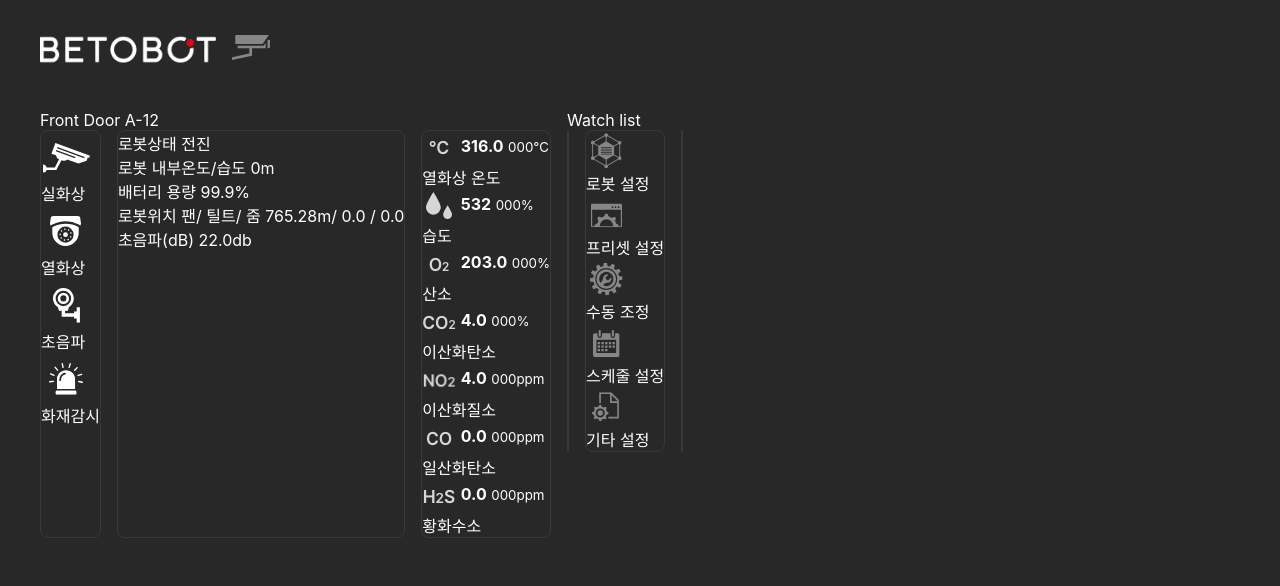
Repository: jang0ha/betobot
Page: content/main/main.html
These files come from the project's save history. The page is drawn as it stood at one moment and after the next save; the edit follows.
The browser window is 1280 px wide. The pictures show the whole page.
Some web fonts or font styles are not loaded; a fallback is used. The style sheet was rebuilt from its Sass, Less or Tailwind sources for each picture, by a compiler version that may differ from the author's.

Above is the page before, as saved 2022-07-12 17:01:23.

### content/main/main.html
<!DOCTYPE html>
<html lang="en">

<head>
    <meta charset="UTF-8">
    <meta http-equiv="X-UA-Compatible" content="IE=edge">
    <meta name="viewport" content="width=device-width, initial-scale=1.0">
    <meta name="viewport" content="width=device-width, user-scalable=no, initial-scale=1.0">
    <meta name="format-detection" content="telephone=no">
    <title>BETOBOT</title>

    <!-- 스타일 css -->
    <link rel="stylesheet" href="/resources/css/style.css">



    <!-- 제이쿼리 js -->
    <script src="/resources/js/jquery/jquery.min.js"></script>
    <script src="/resources/lib/jquery-ui/jquery-ui.min.js"></script>

    <!-- gsap -->
    <script src="/resources/lib/gsap/gsap.min.js"></script>
</head>
<body id="main">
    <div id="wrap">
        <!-- 헤더 -->
        <div id="header-block">
            <header>
                <div class="container">
                    <div class="header-wrap">
                        <a href="/content/main/main.html" class="logo-wrap">
                            <img src="../../resources/images/icon-logo.png" alt="BETOBOT 로고 이미지" class="logo">
                            <img src="../../resources/images/icon-camera.svg" alt="로고 카메라 이미지" class="logo-camera">
                        </a>
                    </div>
                </div>
            </header>
        </div>

        <!-- 컨텐츠 -->
        <div id="content-block">
            <main id="content" role="main">
                <div class="container">
                    <div class="row-wrap">
                        <div class="left-container">
                            <div class="title">Front Door A-12</div>
                            <div class="row-wrap">
                                <div class="front-list-wrap card">
                                    <ul>
                                        <li>
                                            <a href="javascript:'';">
                                                <i class="icon-front-camera"></i>
                                                <p>실화상</p>
                                            </a>
                                        </li>
                                        <li>
                                            <a href="javascript:'';">
                                                <i class="icon-front-temper"></i>
                                                <p>열화상</p>
                                            </a>
                                        </li>
                                        <li>
                                            <a href="javascript:'';">
                                                <i class="icon-front-wave"></i>
                                                <p>초음파</p>
                                            </a>
                                        </li>
                                        <li>
                                            <a href="javascript:'';">
                                                <i class="icon-front-fire"></i>
                                                <p>화재감시</p>
                                            </a>
                                        </li>
                                    </ul>
                                </div>

                                <div class="robot-information-wrap card">
                                    <ul>
                                        <li>
                                            <span class="index">로봇상태</span>
                                            <span class="index-information">전진</span>
                                        </li>
                                        <li>
                                            <span class="index">로봇 내부온도/습도</span>
                                            <span class="index-information">0m</span>
                                        </li>
                                        <li>
                                            <span class="index">배터리 용량</span>
                                            <span class="index-information">99.9%</span>
                                        </li>
                                        <li>
                                            <span class="index">로봇위치 팬/ 틸트/ 줌</span>
                                            <span class="index-information">765.28m/ 0.0 / 0.0</span>
                                        </li>
                                        <li>
                                            <span class="index">초음파(dB)</span>
                                            <span class="index-information">22.0db</span>
                                        </li>
                                    </ul>
                                </div>

                                <div class="sensor-information-wrap card">
                                    <ul>
                                        <li>
                                            <i class="icon-info-temper"></i>
                                            <strong>316.0</strong>
                                            <small>000℃</small>
                                            <p class="name">열화상 온도</p>
                                        </li>
                                        <li>
                                            <i class="icon-info-humidity"></i>
                                            <strong>532</strong>
                                            <small>000%</small>
                                            <p class="name">습도</p>
                                        </li>
                                        <li>
                                            <i class="icon-info-o2"></i>
                                            <strong>203.0</strong>
                                            <small>000%</small>
                                            <p class="name">산소</p>
                                        </li>
                                        <li>
                                            <i class="icon-info-co2"></i>
                                            <strong>4.0</strong>
                                            <small>000%</small>
                                            <p class="name">이산화탄소</p>
                                        </li>
                                        <li>
                                            <i class="icon-info-no2"></i>
                                            <strong>4.0</strong>
                                            <small>000ppm</small>
                                            <p class="name">이산화질소</p>
                                        </li>
                                        <li>
                                            <i class="icon-info-co"></i>
                                            <strong>0.0</strong>
                                            <small>000ppm</small>
                                            <p class="name">일산화탄소</p>
                                        </li>
                                        <li>
                                            <i class="icon-info-h2s"></i>
                                            <strong>0.0</strong>
                                            <small>000ppm</small>
                                            <p class="name">황화수소</p>
                                        </li>
                                    </ul>
                                </div>
                            </div>
                        </div>
                        <div class="right-contianer">
                            <div class="title">Watch list</div>
                            <div class="row-wrap">
                                <div class="watch-list-wrap card"></div>
                                <div class="watch-list-btn-wrap card">
                                    <ul>
                                        <li>
                                            <a href="">
                                                <i class="icon-menu-robot"></i>
                                                <p>로봇 설정</p>
                                            </a>
                                        </li>
                                        <li>
                                            <a href="">
                                                <i class="icon-menu-preset"></i>
                                                <p>프리셋 설정</p>
                                            </a>
                                        </li>
                                        <li>
                                            <a href="">
                                                <i class="icon-menu-handwork"></i>
                                                <p>수동 조정</p>
                                            </a>
                                        </li>
                                        <li>
                                            <a href="">
                                                <i class="icon-menu-schedule"></i>
                                                <p>스케줄 설정</p>
                                            </a>
                                        </li>
                                        <li>
                                            <a href="">
                                                <i class="icon-menu-etc"></i>
                                                <p>기타 설정</p>
                                            </a>
                                        </li>
                                    </ul>
                                </div>
                                <div class="watch-map card">

                                </div>
                            </div>
                        </div>
                    </div>
                </div>
            </main>
        </div>


        <!-- 푸터 -->
        <!-- <div id="footer-block">
            <footer>
            </footer>
        </div> -->
    </div>

    <!-- ui.js  -->
    <!-- <script src="/resources/js/ui.js"></script> -->

    <script>

    </script>
</body>

</html>

### resources/scss/style.scss
@import url('https://cdn.jsdelivr.net/gh/orioncactus/pretendard/dist/web/static/pretendard-dynamic-subset.css');

* {
    padding: 0;
    margin: 0;
}

html,body{
    margin:0;padding:0; width:100%; height:100%;
    font-family: 'Pretendard', -apple-system, BlinkMacSystemFont, system-ui, Roboto, 'Helvetica Neue', 'Segoe UI', 'Apple SD Gothic Neo', 'Noto Sans KR', 'Malgun Gothic', sans-serif;
    background:#282828;
    color:#fff;

    scrollbar-face-color: transparent;
	scrollbar-track-color: transparent;
	scrollbar-arrow-color: #fff;
	scrollbar-3dlight-color: none;
	scrollbar-shadow-color: #fff;
	scrollbar-darkshadow-color: none;
    scrollbar-color: #fff transparent;
    scrollbar-width: auto;
}
::-webkit-scrollbar{
	width: 8px;
	height: 8px;
	background-color: transparent;
}
::-webkit-scrollbar-track{
	border-radius: 0;
	background-color: transparent;
}
::-webkit-scrollbar-thumb{
	border-radius: 8px;
	background-color: #fff;
}
::-webkit-scrollbar-button {
    width: 0;
    height: 0;
}

ul,ol{
    list-style: none;
}
a{text-decoration: none; display: block; color:#fff;}

.container{
    width: calc(100% - 80px);
    padding:0 40px;
}


// 이미지
[class^=icon-]{display: inline-block;vertical-align: middle;background-repeat: no-repeat;background-position: 50% 50%; background-size: contain;}
[class^=icon-front-]{width:50px; height:50px;}
[class^=icon-info-]{width:34px; height:34px;}
[class^=icon-menu-]{width:40px; height:40px;}

.icon-front-camera{background-image: url('../images/icon-front-camera.svg');}
.icon-front-temper{background-image: url('../images/icon-front-temper.svg');}
.icon-front-wave{background-image: url('../images/icon-front-wave.svg');}
.icon-front-fire{background-image: url('../images/icon-front-fire.svg');}

.icon-info-temper{background-image: url('../images/icon-info-temper.png');}
.icon-info-humidity{background-image: url('../images/icon-info-humidity.png');}
.icon-info-o2{background-image: url('../images/icon-info-o2.png');}
.icon-info-co2{background-image: url('../images/icon-info-co2.png');}
.icon-info-no2{background-image: url('../images/icon-info-no2.png');}
.icon-info-co{background-image: url('../images/icon-info-co.png');}
.icon-info-h2s{background-image: url('../images/icon-info-h2s.png');}

.icon-menu-robot{background-image: url('../images/icon-menu-robot.svg');}
.icon-menu-preset{background-image: url('../images/icon-menu-preset.svg');}
.icon-menu-handwork{background-image: url('../images/icon-menu-handwork.svg');}
.icon-menu-schedule{background-image: url('../images/icon-menu-schedule.svg');}
.icon-menu-etc{background-image: url('../images/icon-menu-etc.svg');}


// 헤더
#header-block{
    padding:35px 0 5px 0;
    .logo-wrap{
        display: flex;
        align-items: flex-start;
        .logo{
            width: 176px;
            margin-right: 16px;
        }
    }
}

// 컨텐트
#content{
    padding:40px 0;
}

// 공통 시작
.row-wrap{
    display: flex;
    gap: 16px;
}

.card{
    border-radius: 8px;
    border: solid 1px #393939;
}

// 공통 끝

Loaded but not shown: resources/js/jquery/jquery.min.js (library); resources/lib/jquery-ui/jquery-ui.min.js (library); resources/lib/gsap/gsap.min.js (library)

After the next save:
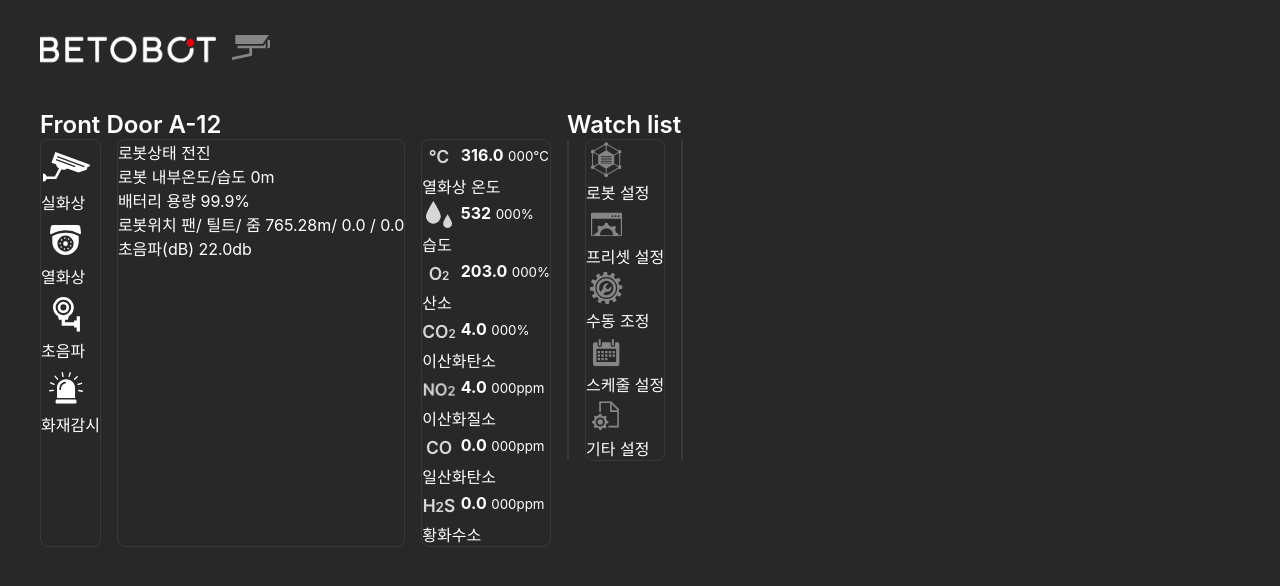
Saved 4 min 30 s later.
--- a/resources/scss/style.scss
+++ b/resources/scss/style.scss
@@ -104,4 +104,9 @@
     border: solid 1px #393939;
 }
 
+.title{
+    font-size: 24px;
+  font-weight: 600;
+}
+
 // 공통 끝
